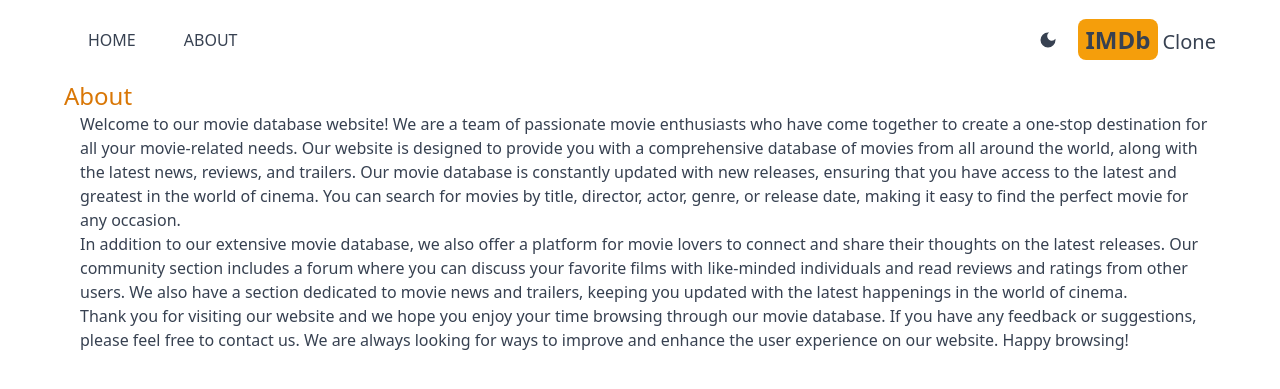
Repository: dnjfht/imdb
Page: /about
The author's editor kept a copy of each file at every save. The page is drawn from the files as they stood at one save, then again after the next save.
The browser window is 1280 px wide. The pictures show the whole page.
The project was rebuilt for these pictures with package versions that can differ from the ones it lists, and the page was loaded fresh each time. The framework's server and built-in components were replaced by stand-ins that run in the browser. Also part of the build but not shown: next.config.js.

Above is the page before, as saved 2023-10-02 12:01:24.

After the next save:
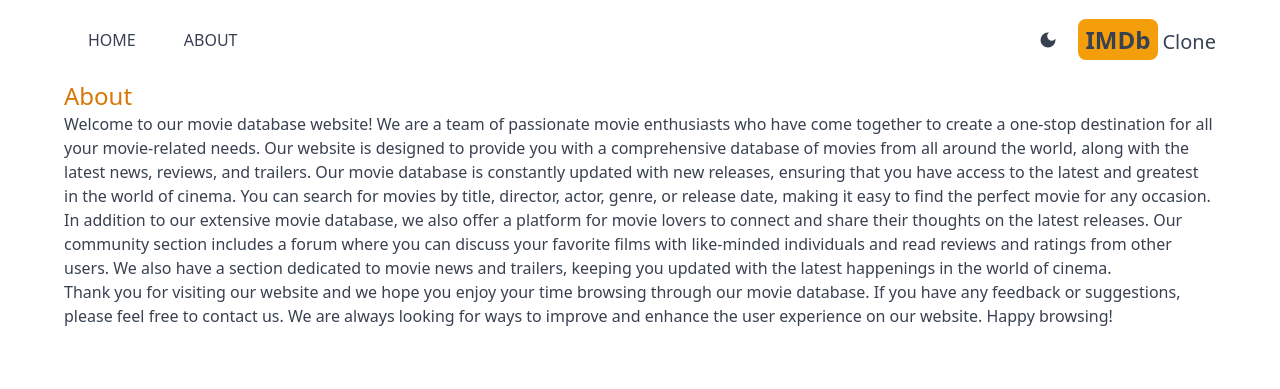
Saved 34 s later.
--- a/src/app/about/page.js
+++ b/src/app/about/page.js
@@ -1,6 +1,6 @@
 export default function About() {
   return (
-    <div className="max-w-6xl sm:mx-auto space-x-4">
+    <div className="max-w-6xl sm:mx-auto ">
       <h1 className="text-2xl font-medium text-amber-600">About</h1>
 
       <p>

After the save that followed:
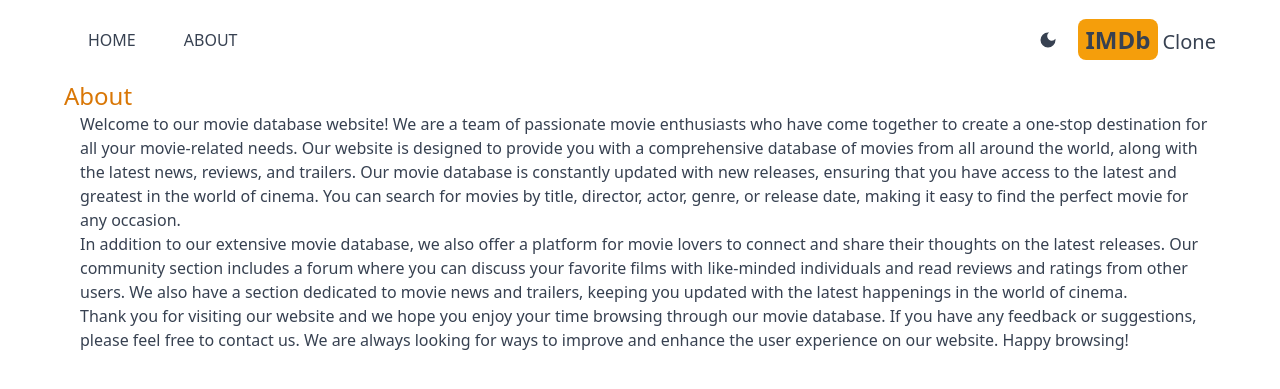
Saved 4 s later.
--- a/src/app/about/page.js
+++ b/src/app/about/page.js
@@ -1,6 +1,6 @@
 export default function About() {
   return (
-    <div className="max-w-6xl sm:mx-auto ">
+    <div className="max-w-6xl sm:mx-auto space-x-4">
       <h1 className="text-2xl font-medium text-amber-600">About</h1>
 
       <p>
